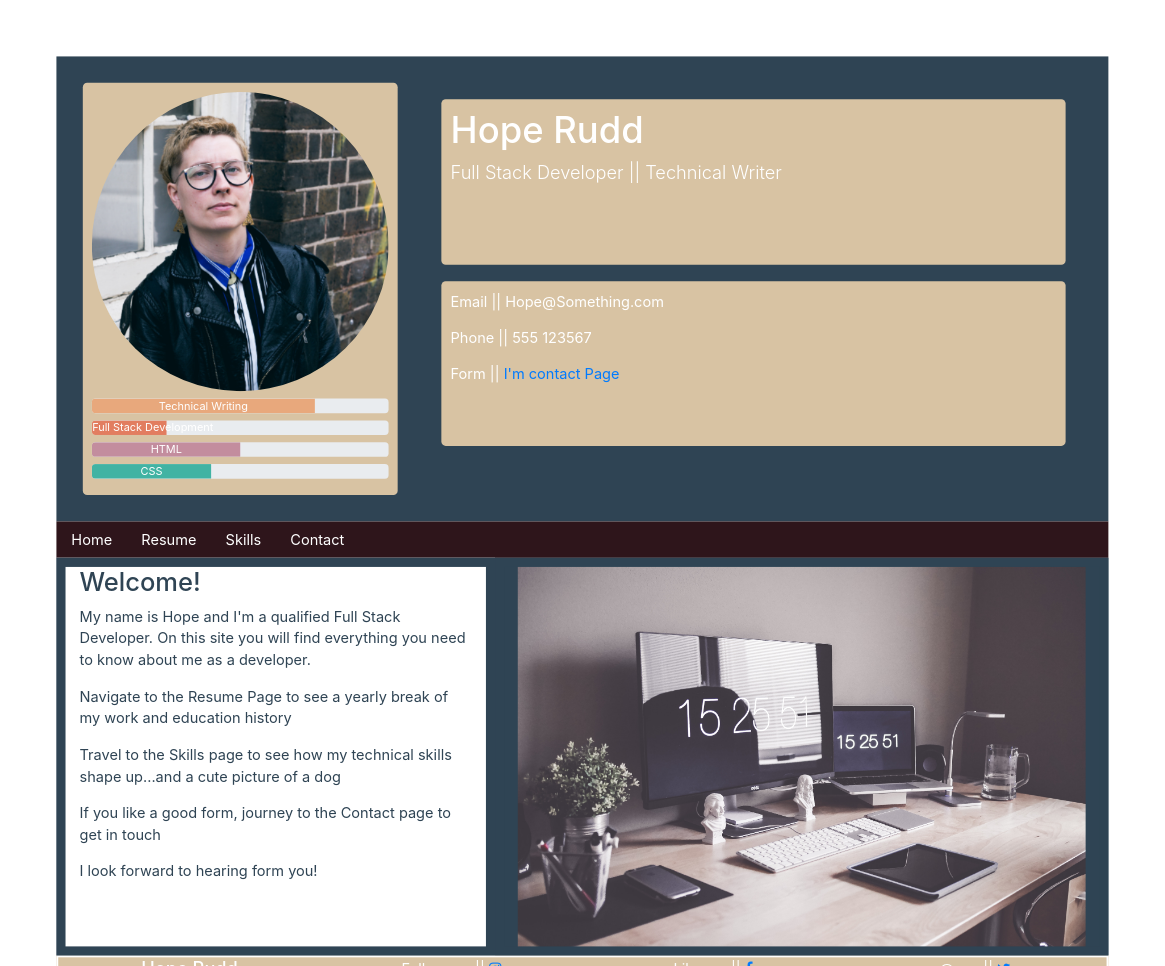
Repository: BleakTerrain/MilestoneProject-
Page: index.html
The author's editor kept a record of every edit. The page is drawn from the files as they stood at one moment, then again after the next edit.
The browser window is 1280 px wide. The pictures show the whole page, at 91% of full size.
Some web libraries are served in a nearby version.

Above is the page before.

### index.html
<html>

<head>
  <!-- Copied from UCB Resume code institue project -->

  <meta charset="UTF-8">
  <meta name="viewport" content="width=device-width, initial-scale=1.0">
  <meta http-equiv="X-UA-Compatible" content="ie=edge">
  <link rel="stylesheet" href="https://maxcdn.bootstrapcdn.com/bootstrap/4.2.1/css/bootstrap.min.css" type="text/css" />
  <link rel="stylesheet" href="https://maxcdn.bootstrapcdn.com/font-awesome/4.7.0/css/font-awesome.min.css" type="text/css" />
  <link rel="stylesheet" href="https://cdnjs.cloudflare.com/ajax/libs/hover.css/2.3.1/css/hover-min.css" type="text/css" />
  <link rel="stylesheet" href="assets/CSS/stylesheet.css" type="text/css" />
  <!-- Copied initial links end -->

  <title> Personal Portfolio</title>
</head>
<header>



</header>

<body>
<div class="intro-container">

 <!-------------------------Intro cards Started----------------------->
      <div class="row">
        <div class= "col-sm-4">
            <section class="jumbotron introtron">
          <img class="intro-image " src="BackgroundCodeInstitute.jpg" alt="Image not found">
           <div class="progress">
                <div class="progress-bar tech-writing " role="progressbar" aria-valuenow="40"
  aria-valuemin="0" aria-valuemax="100" style="width:75%">
  Technical Writing
  </div>
           </div>
            <div class="progress">
                <div class="progress-bar full-stack " role="progressbar" aria-valuenow="40"
  aria-valuemin="0" aria-valuemax="100" style="width:25%">
  Full Stack Development
  </div>
           </div>
             <div class="progress">
                <div class="progress-bar html" role="progressbar" aria-valuenow="40"
  aria-valuemin="0" aria-valuemax="100" style="width:50%">
  HTML
  </div>
           </div>
                <div class="progress">
                <div class="progress-bar css" role="progressbar" aria-valuenow="40"
  aria-valuemin="0" aria-valuemax="100" style="width: 40%">
  CSS
  </div>
           </div>
               </div>

               <div class="col-sm-8">
                 <div class="jumbotron name-card">
                <h1>Hope Rudd</h1>
                 <p class="lead ">Full Stack Developer || Technical Writer </p>
                 </div>

                  <section class= "jumbotron contact-card">
           <div class="row">
             <div class="col-sm-12">
            <p class="contact-info"> Email || Hope@Something.com</p>
            <p class="contact-info"> Phone || 555 123567</p>
            <p class="contact-info"> Form || <a href ="#">I'm contact Page</a></p>
              </div>

</section>
        </section>
        </div>

      </div>
    </div>

</div>
<!-------------------------------Intro cards finished-------------------------------->
<!-------------------------------Nav bar started-------------------------------->
<!-- inspired by example at https://www.w3schools.com/bootstrap4/bootstrap_navs.asp -->
<ul class = " nav navbar-default">
            <li class="nav-item">
              <a class="nav-link" href="#">Home</a>
            </li>
            <li class="nav-item">
              <a class="nav-link" href="#">Resume</a>
            </li>
            <li class="nav-item">
              <a class="nav-link" href="#">Skills</a>
            </li>
            <li class="nav-item">
              <a class="nav-link" href="#">Contact</a>
            </li>
          </ul>
<!-------------------------------Nav bar finished-------------------------------->
<!-------------------------------Bulk text started------------------------------->
    <section class="main-text container-fluid">
<div class="row">
  <div class="col-sm-5 main-text-box">
      <h3>Welcome!</h3> <i class="fas fa-door-open"></i>
      <p> My name is Hope and I'm a qualified Full Stack Developer. On this site you will find everything you need to know about me as a developer.</p>
      <p>Navigate to the Resume Page to see a yearly break of my work and education history</p>
      <p>Travel to the Skills page to see how my technical skills shape up...and a cute picture of a dog </p>
      <p>If you like a good form, journey to the Contact page to get in touch</p>
      <p> I look forward to hearing form you!</p>
  </div>
  <div class="col-sm-7 other-image-background">
<img class="other-image" src="DeskImage.jpg" alt="Image not found">
  </div>
</div>
    </section>
    </body>
<!-------------------------------Bulk text finished------------------------------->



<footer class="footer container-fluid">
<div class="row">
<div class="col-sm-3 footer-item">
  <h5>  Hope Rudd  </h5>
  </div>
  <div class="col-sm-3 footer-item">
      <p>Follow me || <a href = "#"> <i class="fa fa-instagram aria-hidden=true"></i></a></p>
  <span class = "sr-only">Instagram link</span>
  </div>
  <div class="col-sm-3 footer-item">
      <p> Like me || <a href = "#"> <i class="fa fa-facebook aria-hidden=true"></i></a></p>
  <span class = "sr-only">Facebook Link</span>
  </div>
    <div class="col-sm-3 footer-item">
      <p>@ me || <a href = "#"> <i class="fa fa-twitter aria-hidden=true"></i></a></p>
  <span class = "sr-only">Twitter Link</span>
  </div>
</footer>

</html>

### assets/CSS/stylesheet.css

/* Main background taken from bootstraps basics project*/
/* General theme inspiration from : https://visme.co/blog/website-color-schemes/ */

body, html {
  height: 100%;
  margin: 2.5%;
}
/* -----------------------------------Intro bar---------------*/

.intro-container
{
padding:2.5%;
background-color: #2f4454;
}
.jumbotron
{
  margin:2.5%;
 padding: 10px;
 text-align: center;
  background-color: #D8C3A3;
  color:#fff;

}
.jumbotron-header
{
  font-size:500%;

}

.introtron
{
  margin:0;
min-height: 40%;
}

.intro-image {
  padding-bottom: 2.5%;
    width: 100%;
    background-position: center;
    background-repeat: no-repeat;
    transition: all .5s ease-in-out;
    -moz-transition: all .5s ease-in-out;
    -webkit-transition: all .5s ease-in-out;
  border-radius: 50%;
  display:inline-block;
}

.contact-card
{

  text-align: left;
  height:40%;
}
.name-card
{
  text-align:left;
  font-size: x-large;
  height:40%;
}
/*-----------------------------SkillsBar-------------------*/
.progress
{
  margin-bottom: 2.5%;

}
.full-stack
{
  background-color: #E27D60;
}
.tech-writing
{
  background-color: #e8a87c;
}
.html
{
  background-color: #C38D9E;
}
.css
{
  background-color: #41B3A3;
}
/*----------------------------------Nav-----------------------*/
.nav
{

  text-align: center;
  background-color: #2E151B;

}
.nav-link
{
  color:#fff;
}
.nav-link:hover
{
  background-color:#eed2dc ;
  color:#2E151B;
}

/*-----------------------------Main-Text-------------------*/
.main-text
{
  background-color: #2f4454;
}
.main-text-box
{
  border: solid 10px #2f4454;
  background-color: #fff;
  color: #2f4454;
}
.other-image-background
{
border: solid 10px #2f4454;
 margin:0;
}
.other-image {

width: 100%;
  display:block;

}

/*------------------------------Footer---------------------*/
.footer
{ background-color: #D8C3A3;
color:#fff;
border: solid 2.5px  }
.footer-item
{
  text-align: center;
}
/*------------------------------MediaQueries-----------------*/

@media (max-width: 573)
{
  .name-card
{
height: 100%;
background-color: #E85a4f;
}


.contact-card
{
height: 100%;
background-color: #E98074;
}
}
.other-image
{
  height:100%;

}

After the next edit:
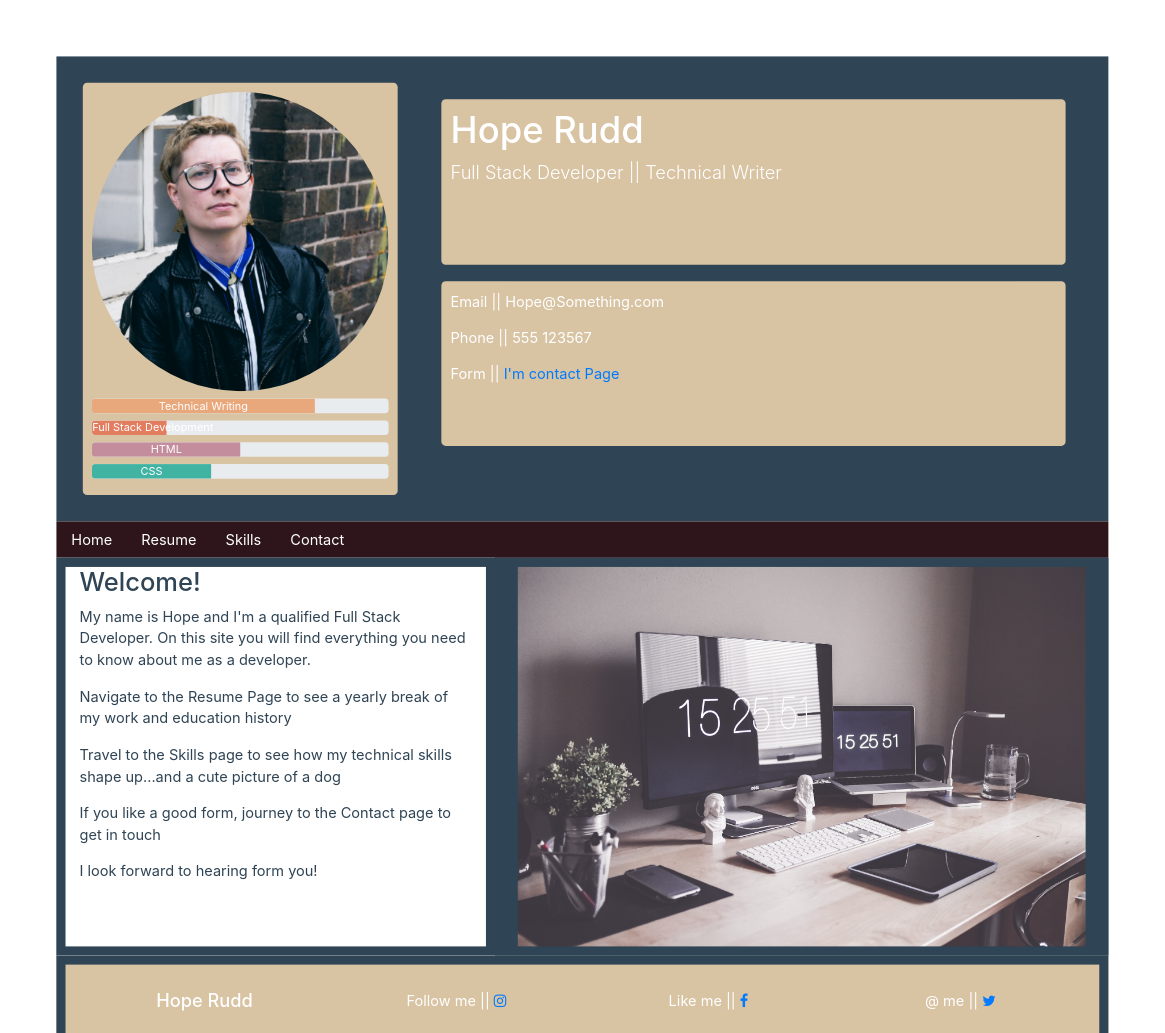
The edit:
--- a/assets/CSS/stylesheet.css
+++ b/assets/CSS/stylesheet.css
@@ -125,7 +125,9 @@
 .footer
 { background-color: #D8C3A3;
 color:#fff;
-border: solid 2.5px  }
+padding: 2.5%;
+border: solid 10px #2f4454 ;
+}
 .footer-item
 {
   text-align: center;
